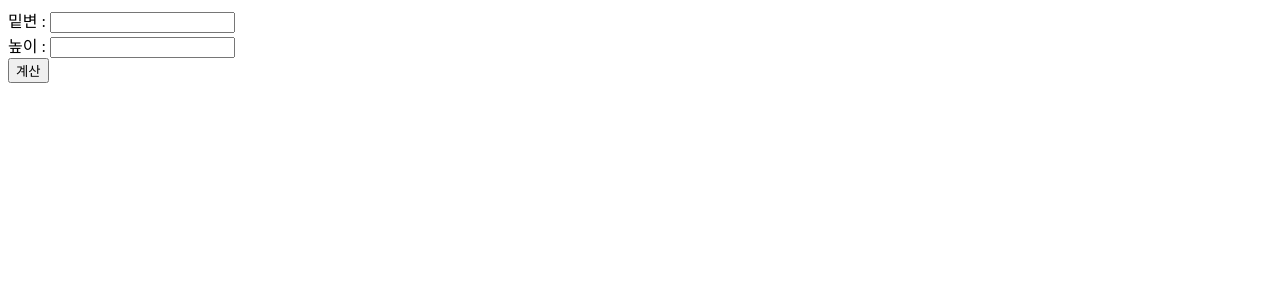
Repository: DistincTao/JSP
Page: http://localhost/JSPBasic/calculateTriangle.jsp
These files come from the project's save history. The page is drawn as it stood at one moment and after the next save; the edit follows.
The browser window is 1280 px wide. The pictures show the whole page.
The page is served by Tomcat 9. Nobody is signed in. The application's start-up code is not run. Other server files are loaded and not shown.

Above is the page before, as saved 2023-12-11 07:12:10.

### JSPBasic/src/main/webapp/calculateTriangle.jsp
<%@ page language="java" contentType="text/html; charset=UTF-8"
    pageEncoding="UTF-8"%>
<!DOCTYPE html>
<html>
<head>
<meta charset="UTF-8">
<title>삼각형 넓이 계산</title>
</head>
<body>
	<form action = "./CalculateTriangle_GET">
		밑변 : <input type="text" name = "base"><br>
		높이 : <input type="text" name = "height"><br>
		<input type="submit" value = "계산">
	</form>
</body>
</html>

After the next save:
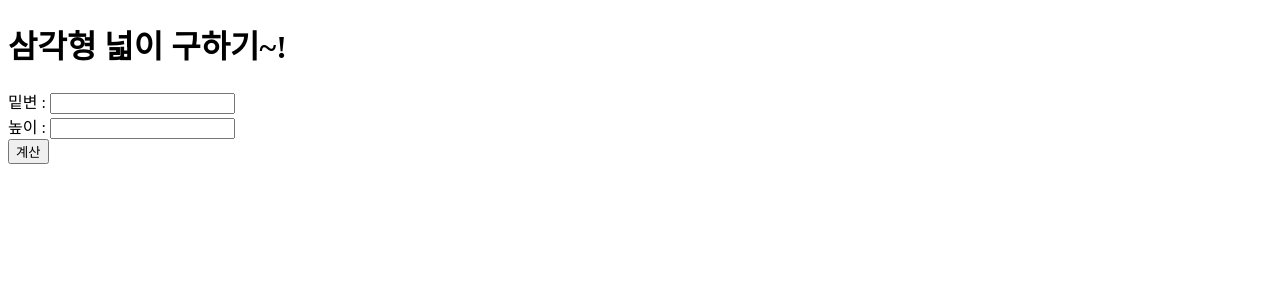
Saved 6 min 30 s later.
--- a/JSPBasic/src/main/webapp/calculateTriangle.jsp
+++ b/JSPBasic/src/main/webapp/calculateTriangle.jsp
@@ -7,6 +7,7 @@
 <title>삼각형 넓이 계산</title>
 </head>
 <body>
+	<h1>삼각형 넓이 구하기~!</h1>
 	<form action = "./CalculateTriangle_GET">
 		밑변 : <input type="text" name = "base"><br>
 		높이 : <input type="text" name = "height"><br>
